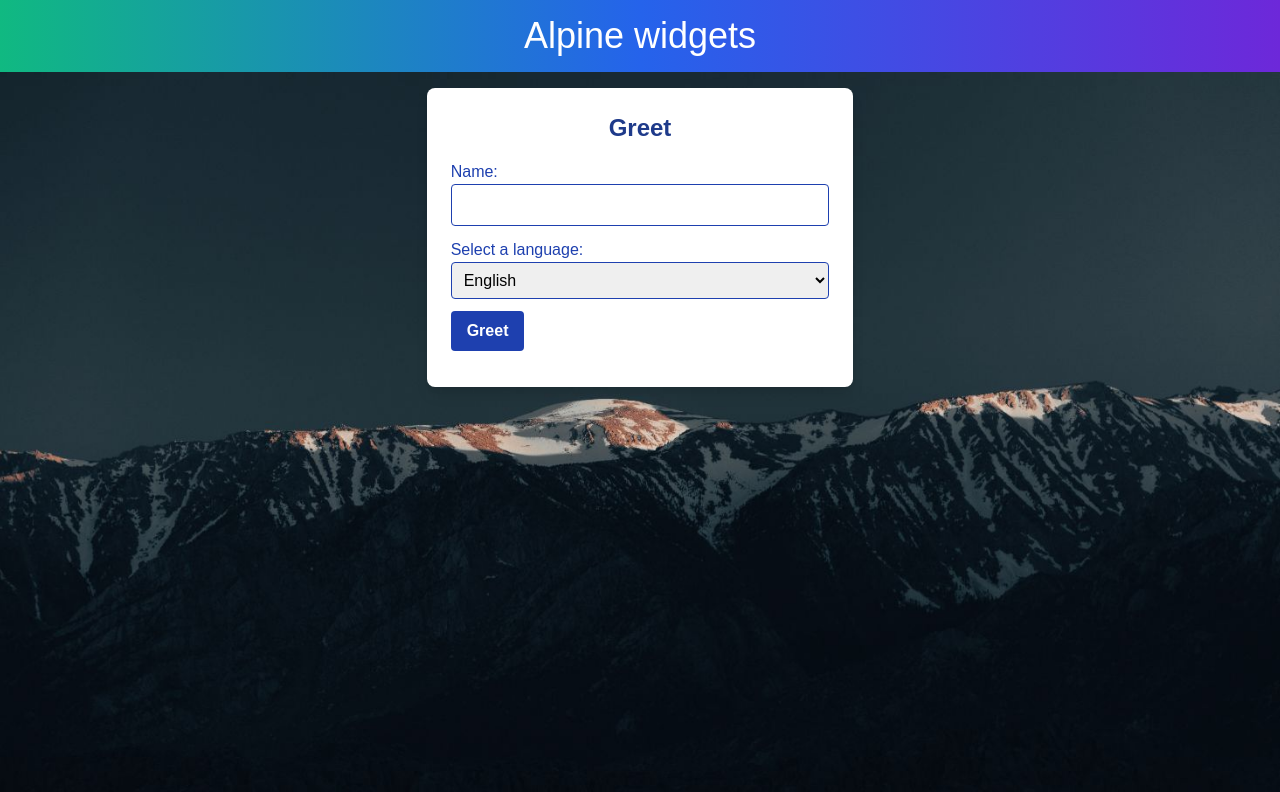
Repository: lasity34/alpine-bootcamp-widgets
Page: index.html
These files come from the project's save history. The page is drawn as it stood at one moment and after the next save; the edit follows.
The browser window is 1280 px wide. The pictures show the whole page.
Some web fonts or font styles are not loaded; a fallback is used. Some web libraries are served in a nearby version.

Above is the page before, as saved 2023-07-12 11:43:40.

### index.html
<!DOCTYPE html>
<html lang="en">
  <head>
    <meta charset="UTF-8" />
    <meta name="viewport" content="width=device-width, initial-scale=1.0" />
    <title>Alpine bootcamp widgets</title>
    <script src="//unpkg.com/alpinejs" defer></script>
    <link
      href="https://cdn.jsdelivr.net/npm/tailwindcss@2.1.2/dist/tailwind.min.css"
      rel="stylesheet"
    />
    <link rel="preconnect" href="https://fonts.googleapis.com" />
    <link rel="preconnect" href="https://fonts.gstatic.com" crossorigin />
    <link
      href="https://fonts.googleapis.com/css2?family=Titillium+Web:ital@0;1&family=Tsukimi+Rounded:wght@300;400;500&display=swap"
      rel="stylesheet"
    />
    <link rel="stylesheet" href="./style.css" />
  </head>
  <body class="bg-gradient-to-r from-green-500 via-blue-600 to-purple-700">
    <h1 class="text-4xl text-center mt-4 pb-4 text-white">Alpine widgets</h1>
    <div class="widget_container flex justify-around items-start h-screen">
      <section
        class="w-1/3 bg-white rounded-lg shadow-lg p-6 m-4"
        x-data="greet"
      >
        <h2 class="text-2xl text-center font-bold mb-4 text-blue-900">Greet</h2>
        <div>
          <label class="text-blue-800">Name:</label>
          <input
            type="text"
            x-model="name"
            class="border border-blue-800 p-2 rounded w-full"
          />

          <label class="mt-3 block text-blue-800">Select a language:</label>
          <select
            x-model="language"
            class="border border-blue-800 p-2 rounded w-full"
          >
            <option>English</option>
            <option>French</option>
            <option>Spanish</option>
          </select>

          <button
            @click="greeting()"
            class="mt-3 bg-blue-800 hover:bg-blue-900 text-white font-bold py-2 px-4 rounded"
          >
            Greet
          </button>

          <p class="mt-3 text-purple-700 text-2xl" x-text="message"></p> <!-- Making the message text larger -->
        </div>
      </section>

      <!-- Here you can add two more widgets like the one above -->

    </div>

    <script src="./greet.js"></script>
  </body>
</html>

### style.css
body {
    background-color:rgb(247, 239, 229);

    font-family: 'Tsukimi Rounded', sans-serif;
}

h1 {
    box-shadow: 0 10px 10px -10px rgba(0,0,0,0.2);
    font-family: 'Tsukimi Rounded', sans-serif;
    color: #333;
}

.widget_container {
    background-image: url(./background.jpg);
    background-repeat: no-repeat;
    background-size: cover;
    background-position: center;
}

### greet.js


function greet() {
  return {
    name: '',
    language: '',
    message: '',
    greeting() {
      if (this.language === 'English') {
        this.message = `Hello ${this.name}`
      } else if (this.language === 'French') {
        this.message = `Bonjour ${this.name}`
      } else if (this.language === 'Spanish') {
        this.message = `Hola ${this.name}`
      }
    }
  }
}



document.addEventListener("alpine:init", () => {
    Alpine.data("greet", greet);
  });

After the next save:
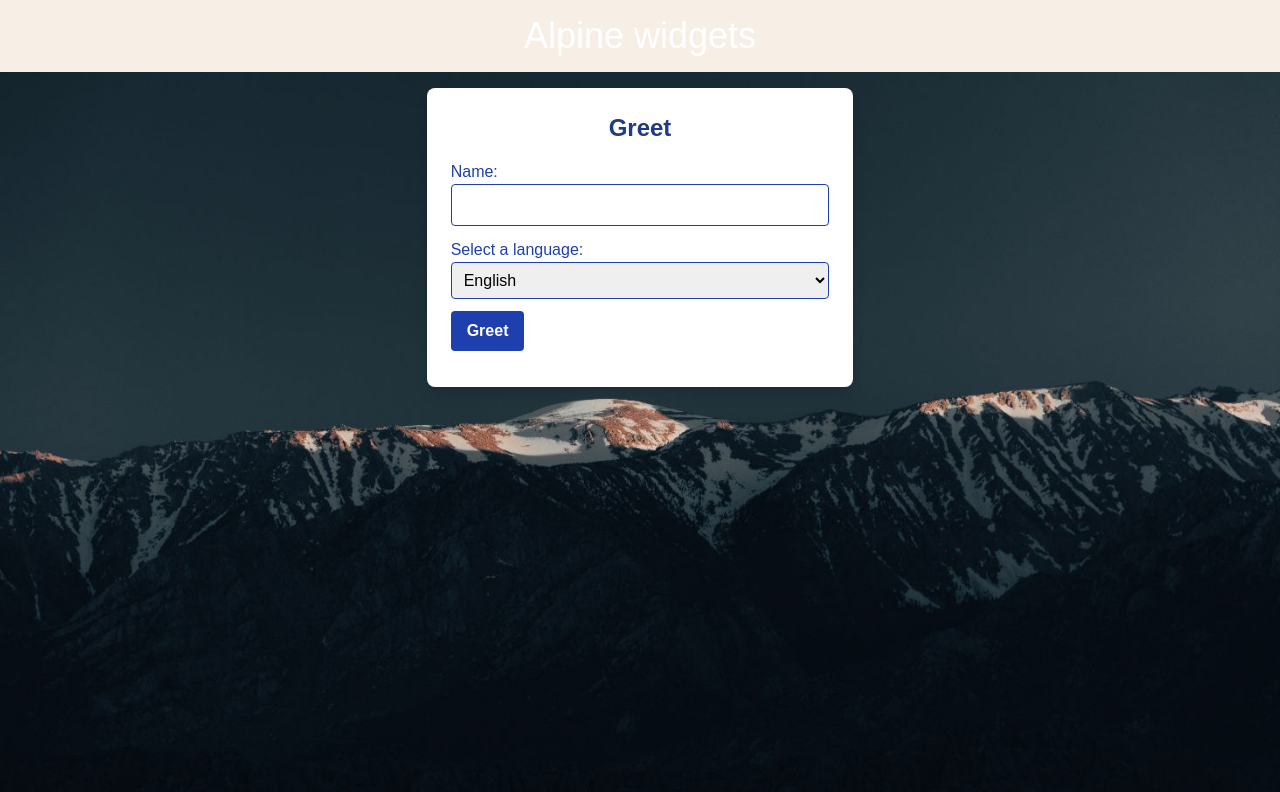
Saved 17 s later.
--- a/index.html
+++ b/index.html
@@ -17,7 +17,7 @@
     />
     <link rel="stylesheet" href="./style.css" />
   </head>
-  <body class="bg-gradient-to-r from-green-500 via-blue-600 to-purple-700">
+  <body >
     <h1 class="text-4xl text-center mt-4 pb-4 text-white">Alpine widgets</h1>
     <div class="widget_container flex justify-around items-start h-screen">
       <section
